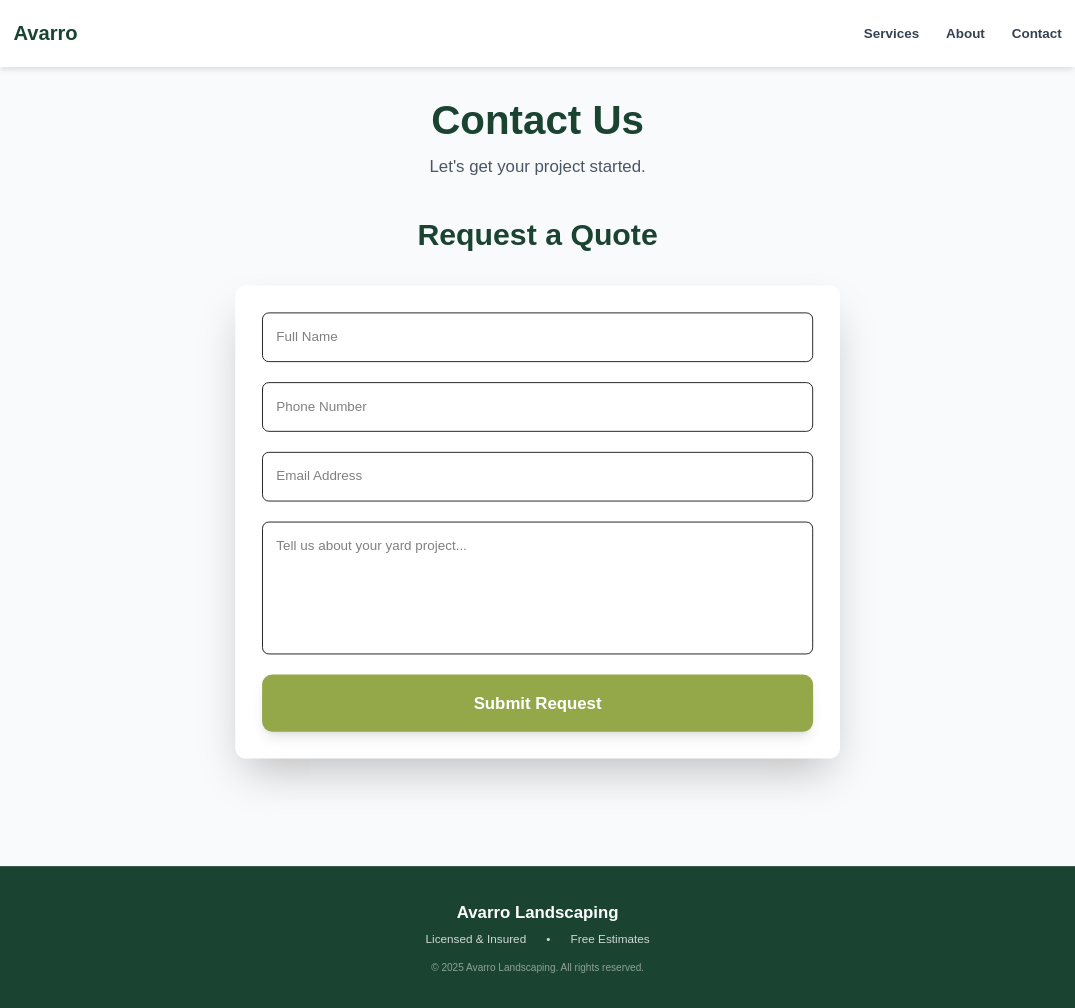
Repository: KalebMalone/Avarro
Page: /contact
The author's editor kept a copy of each file at every save. The page is drawn from the files as they stood at one save, then again after the next save.
The browser window is 1280 px wide. The pictures show the whole page, at 84% of full size.
The project was rebuilt for these pictures with package versions that can differ from the ones it lists, and the page was loaded fresh each time. Also part of the build but not shown: vite.config.js, src/components/Hero.jsx, src/components/Services.jsx, src/pages/Home.jsx, src/pages/ServicesPage.jsx, src/pages/About.jsx.

Above is the page before, as saved 2026-01-28 16:09:06.

### index.html
<!doctype html>
<html lang="en">
  <head>
    <meta charset="UTF-8" />
    <link rel="icon" type="image/svg+xml" href="/vite.svg" />
    <meta name="viewport" content="width=device-width, initial-scale=1.0" />
    <title>avarro-site</title>
  </head>
  <body>
    <div id="root"></div>
    <script type="module" src="/src/main.jsx"></script>
  </body>
</html>

### src/index.css
@import "tailwindcss";

html,
body {
    background-color: #f9fafb;
    margin: 0;
    padding: 0;
    overflow-x: hidden;
    font-family: sans-serif;
}

/* Fixes iPhone zoom issues on inputs */
input,
textarea {
    font-size: 16px !important;
}

### src/App.jsx
import { BrowserRouter as Router, Routes, Route } from "react-router-dom";
import Navbar from "./components/Navbar";
import Footer from "./components/Footer";
import Home from "./pages/Home";
import ServicesPage from "./pages/ServicesPage";
import About from "./pages/About";
import Contact from "./pages/Contact";

export default function App() {
    return (
        <Router>
            <div className="flex flex-col min-h-screen bg-gray-50 gap-0">
                <Navbar />
                <main className="flex-grow pt-32 md:pt-20">
                    <Routes>
                        <Route path="/" element={<Home />} />
                        <Route path="/services" element={<ServicesPage />} />
                        <Route path="/about" element={<About />} />
                        <Route path="/contact" element={<Contact />} />
                    </Routes>
                </main>
                <Footer />
            </div>
        </Router>
    );
}

### src/components/Navbar.jsx
import { Link } from "react-router-dom";

export default function Navbar() {
    return (
        <nav className="fixed top-0 left-0 w-full h-20 bg-white shadow-md z-[100] flex items-center">
            <div className="max-w-7xl mx-auto px-4 w-full flex items-center justify-between">
                <Link to="/" className="text-xl sm:text-2xl font-extrabold text-[#1a4332] no-underline">
                    Avarro
                </Link>

                <div className="flex space-x-3 sm:space-x-8 font-semibold text-gray-700 text-sm sm:text-base">
                    <Link to="/services" className="no-underline hover:text-[#1a4332] transition">Services</Link>
                    <Link to="/about" className="no-underline hover:text-[#1a4332] transition">About</Link>
                    <Link to="/contact" className="no-underline hover:text-[#1a4332] transition">Contact</Link>
                </div>
            </div>
        </nav>
    );
}

### src/components/Footer.jsx
export default function Footer() {
    return (
        <footer className="bg-[#1a4332] py-10 text-white border-t border-white/10">
            <div className="max-w-7xl mx-auto px-6 text-center">
                <p className="font-bold text-xl mb-2">Avarro Landscaping</p>
                <div className="flex justify-center space-x-6 mb-4 opacity-80 text-sm">
                    <span>Licensed & Insured</span>
                    <span>•</span>
                    <span>Free Estimates</span>
                </div>
                <p className="opacity-50 text-xs">
                    © {new Date().getFullYear()} Avarro Landscaping. All rights reserved.
                </p>
            </div>
        </footer>
    );
}

### src/pages/Contact.jsx
import ContactForm from "../components/ContactForm";

export default function Contact() {
    return (
        <div className="bg-gray-50 min-h-[60vh] pb-20">
            <div className="max-w-7xl mx-auto px-6 pt-10 text-center">
                <h1 className="text-5xl font-extrabold text-[#1a4332] mb-4">Contact Us</h1>
                <p className="text-xl text-gray-600">Let's get your project started.</p>
            </div>
            <ContactForm />
        </div>
    );
}

### src/components/ContactForm.jsx
import React, { useRef, useState } from 'react';
import emailjs from '@emailjs/browser';

export default function ContactForm() {
    const form = useRef();
    const [isSending, setIsSending] = useState(false);

    const sendEmail = (e) => {
        e.preventDefault();
        setIsSending(true);

        emailjs.sendForm('service_xxoqx6m', 'template_vzcvfnc', form.current, 'D0V8ORrzpKUX8B70_')
            .then(() => {
                alert("Quote request sent! We will get back to you soon.");
                form.current.reset();
                setIsSending(false);
            }, (error) => {
                alert("Failed to send: " + error.text);
                setIsSending(false);
            });
    };

    return (
        <section className="py-12 bg-gray-50">
            <div className="max-w-3xl mx-auto px-6">
                <h2 className="text-4xl font-extrabold text-center mb-10 text-[#1a4332]">Request a Quote</h2>

                <form ref={form} onSubmit={sendEmail} className="grid gap-6 p-8 bg-white rounded-xl shadow-2xl">
                    <input name="user_name" placeholder="Full Name" className="border p-4 rounded-lg outline-none focus:ring-2 focus:ring-[#1a4332] text-lg" required />
                    <input name="user_phone" placeholder="Phone Number" className="border p-4 rounded-lg outline-none focus:ring-2 focus:ring-[#1a4332] text-lg" required />
                    <input name="user_email" type="email" placeholder="Email Address" className="border p-4 rounded-lg outline-none focus:ring-2 focus:ring-[#1a4332] text-lg" required />
                    <textarea name="message" rows="5" placeholder="Tell us about your yard project..." className="border p-4 rounded-lg outline-none resize-none focus:ring-2 focus:ring-[#1a4332] text-lg" required />

                    <button
                        type="submit"
                        disabled={isSending}
                        className={`${isSending ? 'bg-gray-400' : 'bg-[#94a84a] hover:bg-[#1a4332]'} text-white py-5 rounded-xl font-bold text-xl transition shadow-lg active:scale-95`}
                    >
                        {isSending ? "Sending..." : "Submit Request"}
                    </button>
                </form>
            </div>
        </section>
    );
}

Loaded but not shown: src/main.jsx (common file)

After the next save:
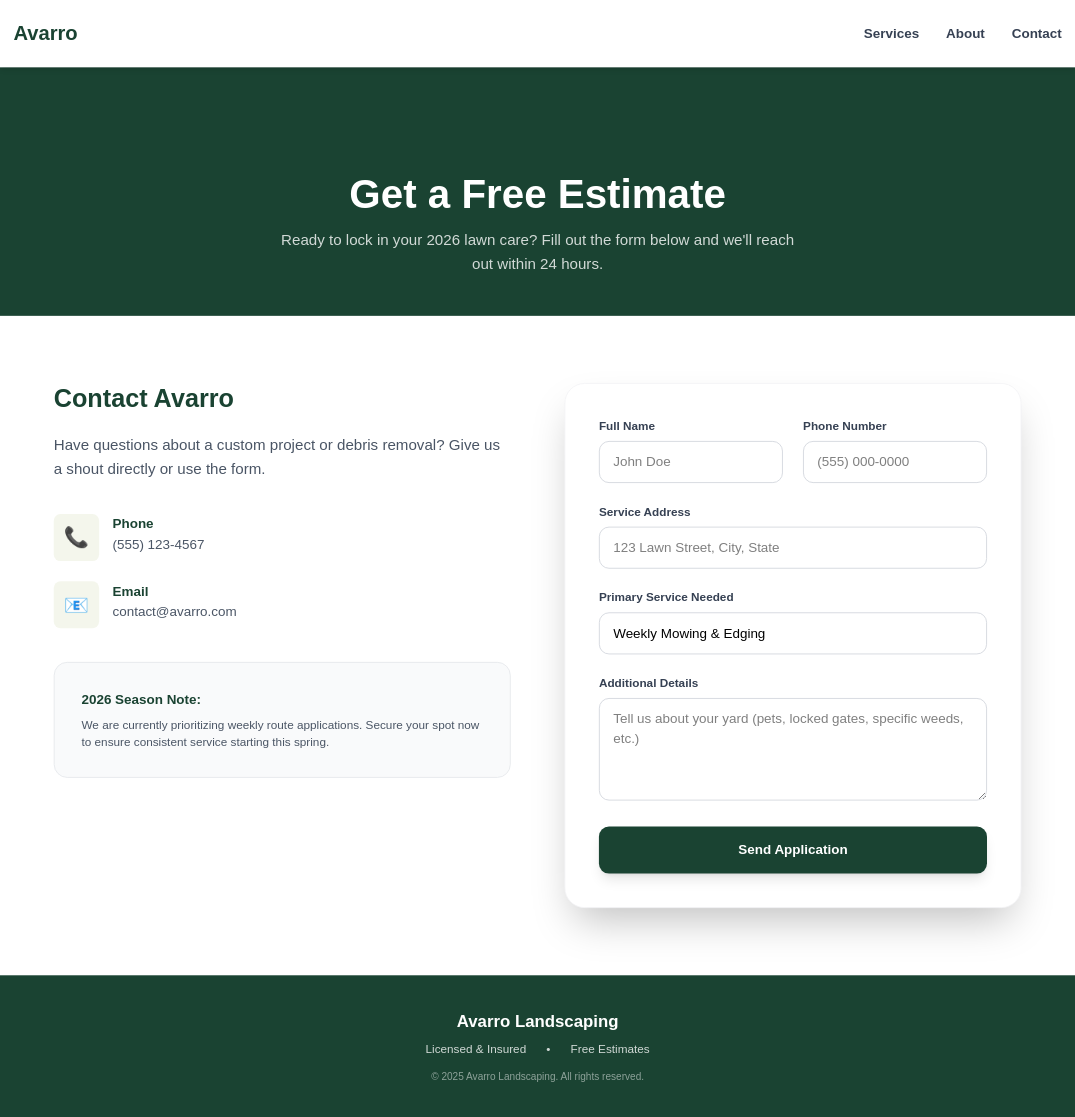
Saved 97 s later.
--- a/src/pages/Contact.jsx
+++ b/src/pages/Contact.jsx
@@ -1,13 +1,98 @@
-import ContactForm from "../components/ContactForm";
+import { useState } from "react";
 
 export default function Contact() {
     return (
-        <div className="bg-gray-50 min-h-[60vh] pb-20">
-            <div className="max-w-7xl mx-auto px-6 pt-10 text-center">
-                <h1 className="text-5xl font-extrabold text-[#1a4332] mb-4">Contact Us</h1>
-                <p className="text-xl text-gray-600">Let's get your project started.</p>
-            </div>
-            <ContactForm />
+        <div className="bg-white">
+            {/* Header */}
+            <section className="pt-32 pb-12 bg-[#1a4332] text-center text-white">
+                <h1 className="text-4xl md:text-5xl font-extrabold mb-4">Get a Free Estimate</h1>
+                <p className="text-lg opacity-80 max-w-2xl mx-auto px-6">
+                    Ready to lock in your 2026 lawn care? Fill out the form below and we'll reach out within 24 hours.
+                </p>
+            </section>
+
+            <section className="py-20 px-6">
+                <div className="max-w-6xl mx-auto grid grid-cols-1 lg:grid-cols-2 gap-16">
+
+                    {/* Left Side: Contact Info & Trust */}
+                    <div className="space-y-10">
+                        <div>
+                            <h2 className="text-3xl font-bold text-[#1a4332] mb-6">Contact Avarro</h2>
+                            <p className="text-gray-600 text-lg mb-8">
+                                Have questions about a custom project or debris removal?
+                                Give us a shout directly or use the form.
+                            </p>
+                        </div>
+
+                        <div className="space-y-6">
+                            <div className="flex items-start">
+                                <div className="bg-[#94a84a]/10 p-3 rounded-lg mr-4 text-2xl">📞</div>
+                                <div>
+                                    <h4 className="font-bold text-[#1a4332]">Phone</h4>
+                                    <p className="text-gray-600">(555) 123-4567</p>
+                                </div>
+                            </div>
+                            <div className="flex items-start">
+                                <div className="bg-[#94a84a]/10 p-3 rounded-lg mr-4 text-2xl">📧</div>
+                                <div>
+                                    <h4 className="font-bold text-[#1a4332]">Email</h4>
+                                    <p className="text-gray-600">contact@avarro.com</p>
+                                </div>
+                            </div>
+                        </div>
+
+                        {/* Why Apply Early Box */}
+                        <div className="bg-gray-50 p-8 rounded-2xl border border-gray-200">
+                            <h4 className="font-bold text-[#1a4332] mb-2">2026 Season Note:</h4>
+                            <p className="text-gray-600 text-sm">
+                                We are currently prioritizing weekly route applications.
+                                Secure your spot now to ensure consistent service starting this spring.
+                            </p>
+                        </div>
+                    </div>
+
+                    {/* Right Side: The Form */}
+                    <div className="bg-white p-8 md:p-10 rounded-3xl shadow-2xl border border-gray-100">
+                        <form className="space-y-6">
+                            <div className="grid grid-cols-1 md:grid-cols-2 gap-6">
+                                <div>
+                                    <label className="block text-sm font-bold text-gray-700 mb-2">Full Name</label>
+                                    <input type="text" placeholder="John Doe" className="w-full px-4 py-3 rounded-xl border border-gray-300 focus:ring-2 focus:ring-[#94a84a] outline-none transition" />
+                                </div>
+                                <div>
+                                    <label className="block text-sm font-bold text-gray-700 mb-2">Phone Number</label>
+                                    <input type="tel" placeholder="(555) 000-0000" className="w-full px-4 py-3 rounded-xl border border-gray-300 focus:ring-2 focus:ring-[#94a84a] outline-none transition" />
+                                </div>
+                            </div>
+
+                            <div>
+                                <label className="block text-sm font-bold text-gray-700 mb-2">Service Address</label>
+                                <input type="text" placeholder="123 Lawn Street, City, State" className="w-full px-4 py-3 rounded-xl border border-gray-300 focus:ring-2 focus:ring-[#94a84a] outline-none transition" />
+                            </div>
+
+                            <div>
+                                <label className="block text-sm font-bold text-gray-700 mb-2">Primary Service Needed</label>
+                                <select className="w-full px-4 py-3 rounded-xl border border-gray-300 focus:ring-2 focus:ring-[#94a84a] outline-none transition appearance-none bg-white">
+                                    <option>Weekly Mowing & Edging</option>
+                                    <option>Debris Removal</option>
+                                    <option>One-Time Cleanup</option>
+                                    <option>Custom Project / Weed Control</option>
+                                </select>
+                            </div>
+
+                            <div>
+                                <label className="block text-sm font-bold text-gray-700 mb-2">Additional Details</label>
+                                <textarea rows="4" placeholder="Tell us about your yard (pets, locked gates, specific weeds, etc.)" className="w-full px-4 py-3 rounded-xl border border-gray-300 focus:ring-2 focus:ring-[#94a84a] outline-none transition"></textarea>
+                            </div>
+
+                            <button className="w-full bg-[#1a4332] hover:bg-[#94a84a] text-white font-bold py-4 rounded-xl shadow-lg transition-all active:scale-95">
+                                Send Application
+                            </button>
+                        </form>
+                    </div>
+
+                </div>
+            </section>
         </div>
     );
 }
